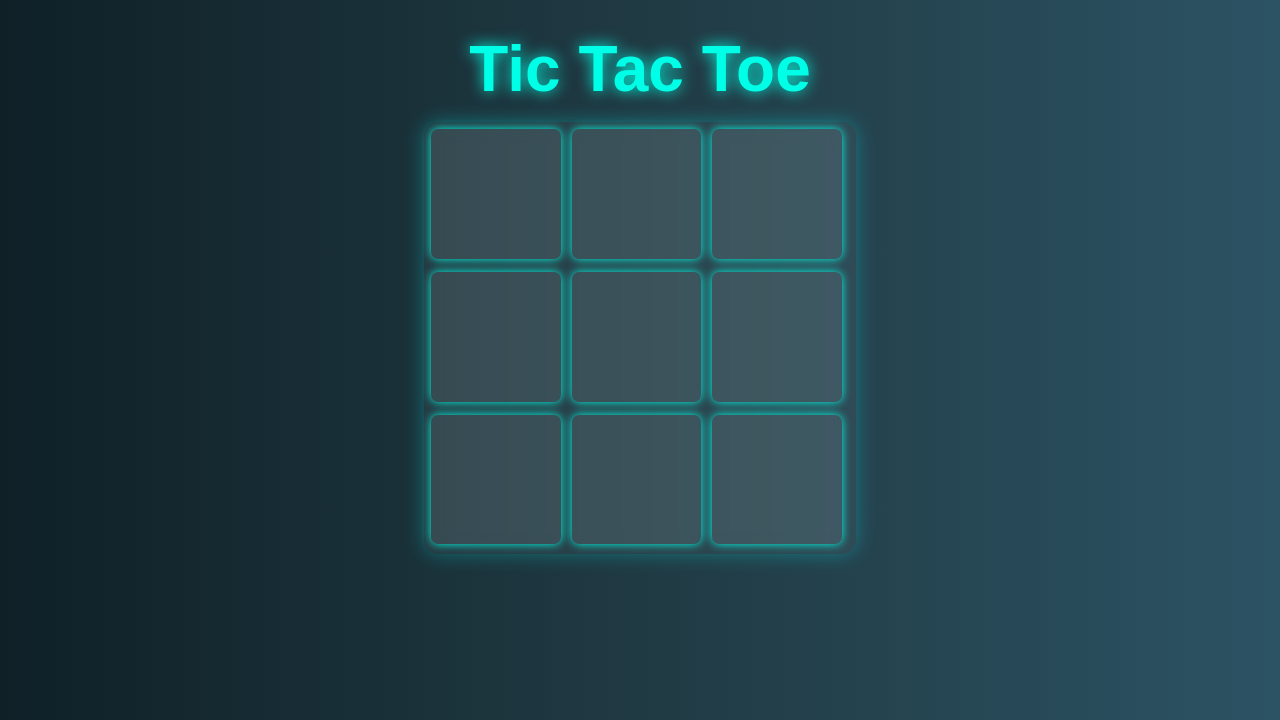
Repository: AreezAnsari/Tic-Tac-Toe
Page: Game/Game.html
An editor plug-in stored every save of this project. The page is shown before and after the next save, followed by the edit.
The browser window is 1280 px wide. The pictures show the whole page.

Above is the page before, as saved 2025-07-22 06:41:31.
Console error: TypeError: box.addEventListener is not a function

### Game/Game.html
<!DOCTYPE html>
<html lang="en">
<head>
    <meta charset="UTF-8">
    <meta name="viewport" content="width=device-width, initial-scale=1.0">
    <title>Document</title>
    <link rel="stylesheet" href="Game.css">
</head>
<body>

    <div class="msg-container hide">
        <p class="msg">Winner</p>
        <button class="new-btn">New Game</button>
    </div>
    <main>
        <h1>Tic Tac Toe</h1>
    <div class="container">
        <div class="game">
        <button class="box"></button>
        <button class="box"></button>
        <button class="box"></button>
        <button class="box"></button>
        <button class="box"></button>
        <button class="box"></button>
        <button class="box"></button>
        <button class="box"></button>
        <button class="box"></button>
        </div>
        </div>
        <button class="reset-btn hide">Reset</button>
    </main>
    <script src="Game.js"></script>
</body>
</html>

### Game/Game.css
* {
  margin: 0;
  padding: 0;
  box-sizing: border-box;
  font-family: 'Orbitron', sans-serif; /* Add futuristic font */
}

body {
  background: linear-gradient(to right, #0f2027, #203a43, #2c5364);
  color: #ffffff;
  text-align: center;
  min-height: 100vh;
  display: flex;
  flex-direction: column;
  align-items: center;
}

h1 {
  font-size: 4rem;
  margin: 2rem 0 1rem;
  color: #00ffe7;
  text-shadow: 0 0 15px #00ffe7;
}

.container {
  display: flex;
  justify-content: center;
  align-items: center;
  height: 60vh;
}

.game {
  display: flex;
  flex-wrap: wrap;
  width: 60vmin;
  height: 60vmin;
  gap: 1.5vmin;
  padding: 1vmin;
  background: rgba(255, 255, 255, 0.05);
  border-radius: 2vmin;
  backdrop-filter: blur(10px);
  box-shadow: 0 0 20px rgba(0, 255, 255, 0.3);
}

.box {
  width: 18vmin;
  height: 18vmin;
  font-size: 4rem;
  font-weight: bold;
  border: none;
  border-radius: 1vmin;
  background: rgba(255, 255, 255, 0.08);
  color: #ffffff;
  box-shadow: 0 0 10px #00ffe7;
  transition: all 0.2s ease-in-out;
  cursor: pointer;
}

.box:hover {
  background: rgba(0, 255, 255, 0.1);
  color: #00ffe7;
  transform: translateY(-3px);
  box-shadow: 0 0 15px #00ffe7, 0 0 30px #00ffe7;
}

.box:active {
  transform: scale(0.95);
}

.reset-btn,
.new-btn {
  margin: 1rem;
  padding: 1rem;
  font-size: 1.2rem;
  font-weight: 600;
  background: rgba(0, 0, 0, 0.4);
  color: #00ffe7;
  border: 2px solid #00ffe7;
  border-radius: 1vmin;
  cursor: pointer;
  transition: all 0.3s ease;
  width: 20vmin;
  backdrop-filter: blur(5px);
}

.reset-btn:hover,
.new-btn:hover {
  background: rgba(0, 255, 255, 0.2);
  color: white;
  box-shadow: 0 0 10px #00ffe7;
  transform: translateY(-2px);
}

.reset-btn:active,
.new-btn:active {
  transform: scale(0.97);
}

.msg {
  font-size: 6vmin;
  color: #00ffe7;
  margin-top: 2rem;
  text-shadow: 0 0 10px #00ffe7;
}

.msg-container {
  height: 10vmin;
}

.hide {
  display: none;
}

### Game/Game.js
let box = document.querySelectorAll(".box");
let button = document.querySelector("button");
let container = document.querySelector(".container");

let value = "X";

const btn = () => {
  if (value === "X") {
    button.innerHTML = "Y";
    Value = "Y";
  } else {
    button.innerText = "X";
    Value = "X";
  }
};

box.addEventListener("click", btn);

After the next save:
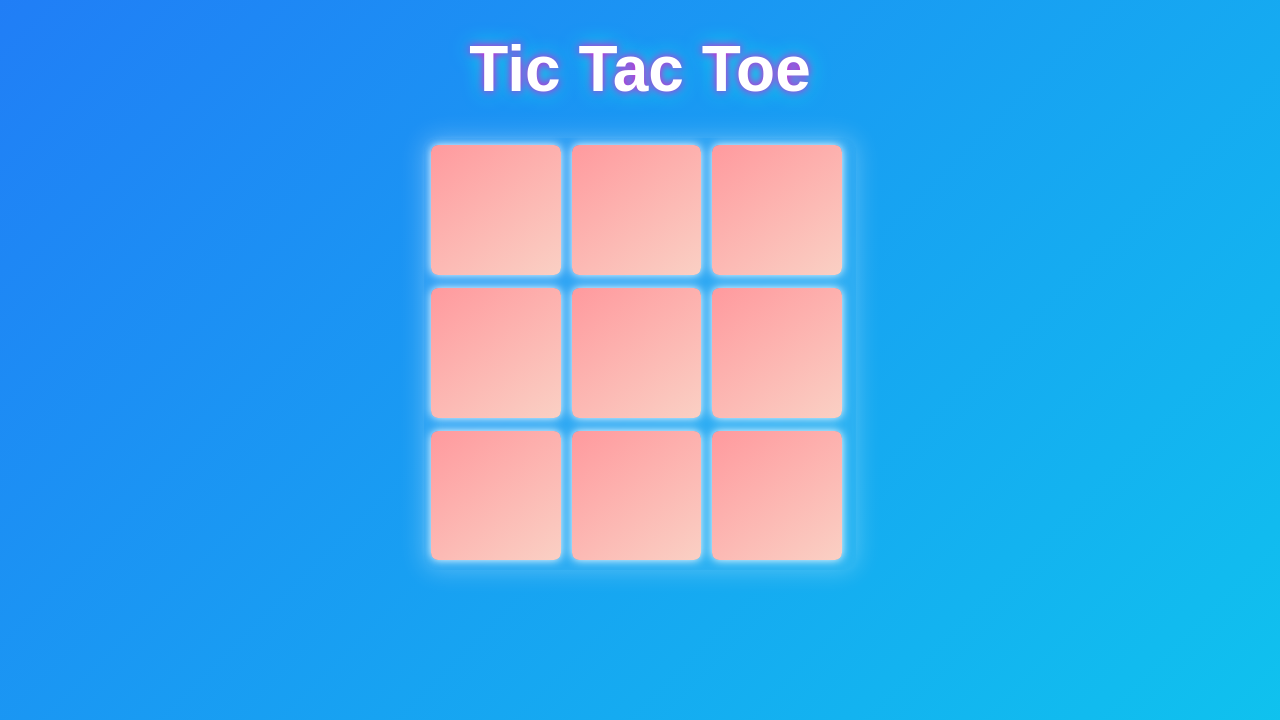
Saved 65 s later.
--- a/Game/Game.css
+++ b/Game/Game.css
@@ -2,12 +2,14 @@
   margin: 0;
   padding: 0;
   box-sizing: border-box;
-  font-family: 'Orbitron', sans-serif; /* Add futuristic font */
+  font-family: 'Orbitron', sans-serif;
 }
 
 body {
-  background: linear-gradient(to right, #0f2027, #203a43, #2c5364);
-  color: #ffffff;
+  background: linear-gradient(135deg, #ff00cc, #3333ff, #00ffe7);
+  background-size: 600% 600%;
+  animation: gradientShift 10s ease infinite;
+  color: #fff;
   text-align: center;
   min-height: 100vh;
   display: flex;
@@ -15,11 +17,17 @@
   align-items: center;
 }
 
+@keyframes gradientShift {
+  0% { background-position: 0% 50%; }
+  50% { background-position: 100% 50%; }
+  100% { background-position: 0% 50%; }
+}
+
 h1 {
   font-size: 4rem;
-  margin: 2rem 0 1rem;
-  color: #00ffe7;
-  text-shadow: 0 0 15px #00ffe7;
+  margin: 2rem 0;
+  color: #fff;
+  text-shadow: 0 0 10px #ff00cc, 0 0 20px #00ffe7;
 }
 
 .container {
@@ -36,10 +44,10 @@
   height: 60vmin;
   gap: 1.5vmin;
   padding: 1vmin;
-  background: rgba(255, 255, 255, 0.05);
+  background: rgba(255, 255, 255, 0.1);
   border-radius: 2vmin;
-  backdrop-filter: blur(10px);
-  box-shadow: 0 0 20px rgba(0, 255, 255, 0.3);
+  backdrop-filter: blur(8px);
+  box-shadow: 0 0 25px rgba(255, 255, 255, 0.3);
 }
 
 .box {
@@ -49,18 +57,18 @@
   font-weight: bold;
   border: none;
   border-radius: 1vmin;
-  background: rgba(255, 255, 255, 0.08);
-  color: #ffffff;
-  box-shadow: 0 0 10px #00ffe7;
-  transition: all 0.2s ease-in-out;
+  background: linear-gradient(145deg, #ff9a9e, #fad0c4);
+  color: #2e2e2e;
+  box-shadow: 0 0 10px #fff;
+  transition: all 0.25s ease-in-out;
   cursor: pointer;
 }
 
 .box:hover {
-  background: rgba(0, 255, 255, 0.1);
-  color: #00ffe7;
-  transform: translateY(-3px);
-  box-shadow: 0 0 15px #00ffe7, 0 0 30px #00ffe7;
+  background: linear-gradient(145deg, #a1c4fd, #c2e9fb);
+  transform: scale(1.05);
+  color: #000;
+  box-shadow: 0 0 15px #fff, 0 0 25px #ff00cc;
 }
 
 .box:active {
@@ -72,35 +80,34 @@
   margin: 1rem;
   padding: 1rem;
   font-size: 1.2rem;
-  font-weight: 600;
-  background: rgba(0, 0, 0, 0.4);
-  color: #00ffe7;
-  border: 2px solid #00ffe7;
-  border-radius: 1vmin;
+  font-weight: bold;
+  background: linear-gradient(45deg, #00dbde, #fc00ff);
+  color: #fff;
+  border: none;
+  border-radius: 2vmin;
   cursor: pointer;
-  transition: all 0.3s ease;
+  transition: all 0.3s ease-in-out;
+  box-shadow: 0 0 15px #fff;
   width: 20vmin;
-  backdrop-filter: blur(5px);
 }
 
 .reset-btn:hover,
 .new-btn:hover {
-  background: rgba(0, 255, 255, 0.2);
-  color: white;
-  box-shadow: 0 0 10px #00ffe7;
-  transform: translateY(-2px);
+  background: linear-gradient(45deg, #fc466b, #3f5efb);
+  box-shadow: 0 0 25px #fff;
+  transform: scale(1.05);
 }
 
 .reset-btn:active,
 .new-btn:active {
-  transform: scale(0.97);
+  transform: scale(0.95);
 }
 
 .msg {
   font-size: 6vmin;
-  color: #00ffe7;
+  color: #fff;
   margin-top: 2rem;
-  text-shadow: 0 0 10px #00ffe7;
+  text-shadow: 0 0 20px #ff00cc, 0 0 30px #00ffe7;
 }
 
 .msg-container {
